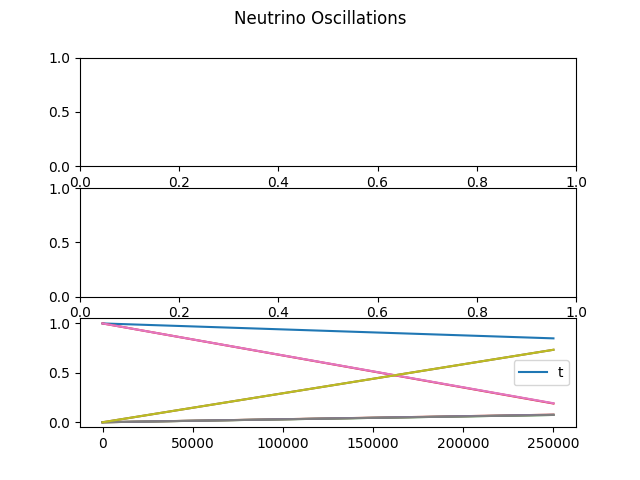
Repository: MichaelCullen2011/QuantumAndNeutrinos
Script's output: python neutrinos.py
These files come from the project's save history. The script's output is drawn as it stood at one moment and after the next save; the edit follows.
Random numbers start from a fixed seed.

Above is the script's output before, as saved 2021-06-02 16:31:50.

After the next save:
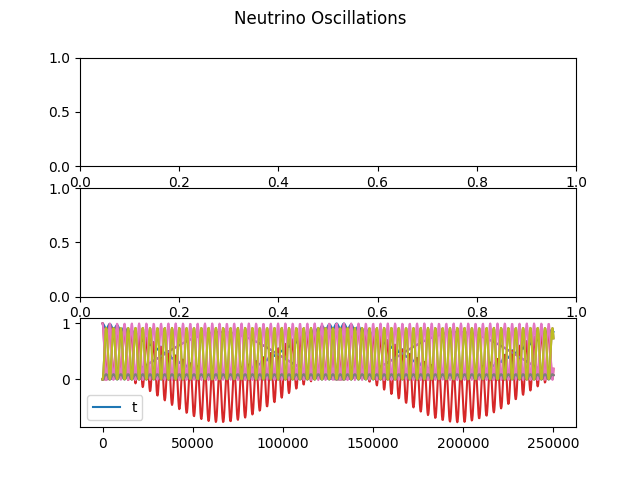
Saved 10 s later.
--- a/neutrinos.py
+++ b/neutrinos.py
@@ -67,7 +67,7 @@ class Oscillations:
 
         self.prob_neut = []
 
-        self.max_points = 2      # Number of points
+        self.max_points = 1000      # Number of points
         E = 4      # GeV
         self.L = distance    # Km
         self.x_range = np.linspace(0, self.L / E, self.max_points)
@@ -86,7 +86,6 @@ class Oscillations:
         self.prob_reduced['e'] = [self.prob_list['ee'], self.prob_list['eu'], self.prob_list['et']]
         self.prob_reduced['u'] = [self.prob_list['uu'], self.prob_list['ue'], self.prob_list['ut']]
         self.prob_reduced['t'] = [self.prob_list['tt'], self.prob_list['te'], self.prob_list['tu']]
-        print(self.prob_reduced)
         Oscillations.plot(self)
 
         # fig, axs = plt.subplots(3)
